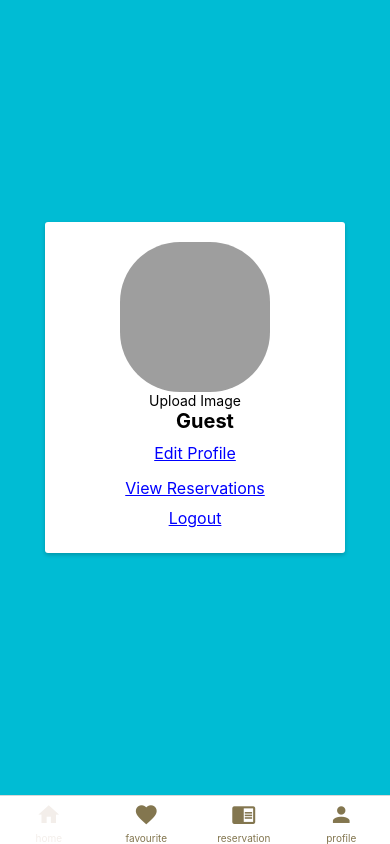
Repository: TemoshoS/restaurant-app
Screen: /profile
The author's editor kept a copy of each file at every save. The screen is drawn from the files as they stood at one save, then again after the next save.
Pictures or frames that could not be fetched are drawn as grey boxes. The page's requests for data from a server got no answer. The app was drawn by React Native's web renderer in a window 390 px wide. The project was rebuilt for these pictures with package versions that can differ from the ones it lists, and the page was loaded fresh each time. No one was signed in, and anything a server would have sent is missing. Also part of the build but not shown: Screens/LoginScreen.js, Screens/RegisterScreen.js, components/navbar.js, components/search.js, Screens/RestaurantScreen.js, Screens/RestaurantDetailsScreen.js, Screens/MenuScreen.js, Screens/ReservationScreen.js and 5 more.

Above is the screen before, as saved 2023-12-27 14:44:54.

### App.js
// Import necessary components and modules
import React, { useEffect, useState } from 'react';
import { StyleSheet } from 'react-native';
import { NavigationContainer } from '@react-navigation/native';
import { createStackNavigator } from '@react-navigation/stack';
import { createBottomTabNavigator } from '@react-navigation/bottom-tabs';
import LoginScreen from './Screens/LoginScreen';
import HomeScreen from './Screens/HomeScreen';
import RegisterScreen from './Screens/RegisterScreen';
import RestaurantScreen from './Screens/RestaurantScreen';
import RestaurantDetailsScreen from './Screens/RestaurantDetailsScreen';
import MenuScreen from './Screens/MenuScreen';
import ReservationScreen from './Screens/ReservationScreen';
import PastReserevationScreen from './Screens/PastReserevationScreen';
import ProfileScreen from './Screens/ProfileScreen';
import store from './store/store';
import { Provider } from 'react-redux';
import MaterialCommunityIcons from 'react-native-vector-icons/MaterialCommunityIcons';
import FavoriteRestaurantScreen from './Screens/FavoriteRestaurantScreen';
import ForgotPasswordScreen from './Screens/ForgotPasswordScreen'
import Dashboard from './Screens/Dashboard';
import EditProfileScreen from './Screens/editProfileScreen';
import { auth } from './config/firebase';

const Stack = createStackNavigator();
const Tab = createBottomTabNavigator();

export default function App() {
  const [isAdmin, setIsAdmin] = useState(false);

  useEffect(() => {
    const checkAdminStatus = async () => {
      const user = auth.currentUser;
      const isAdminUser = user ? user.email === 'temosho@admin.co' : false;
      setIsAdmin(isAdminUser);
      console.log('isAdmin:', isAdminUser);
    };

    checkAdminStatus();
  }, []);

  function MainStack() {
    return (
      <Stack.Navigator initialRouteName='Welcome'>
        <Stack.Screen name="Restaurants" component={RestaurantScreen} options={{ headerShown: false }} />
        <Stack.Screen name='Welcome' component={HomeScreen} options={{ headerShown: false }} />
        <Stack.Screen name='editProfile' component={EditProfileScreen} options={{ headerShown: true }} />
        <Stack.Screen name='Login' component={LoginScreen} options={{ headerShown: false }} />
        <Stack.Screen name='Register' component={RegisterScreen} options={{ headerShown: false }} />
        <Stack.Screen name='Restaurant info' component={RestaurantDetailsScreen} options={{
          headerShown: true,
          headerStyle: {
            backgroundColor: '#83764F',
          },
          headerTitle: '',
          headerTitleStyle: {
            color: '#F3EEEA',
            fontWeight: 'bold',
            fontSize: 18,
          },
          headerTintColor: '#F3EEEA',
          headerBackTitleVisible: false,
          headerBackImage: () => (
            <MaterialCommunityIcons name="arrow-left" size={24} color="#F3EEEA" />
          ),
        }}  />
        <Stack.Screen name='Menu' component={MenuScreen} options={{
          headerShown: true,
          headerStyle: {
            backgroundColor: '#83764F',
          },
          headerTitle: '',
          headerTitleStyle: {
            color: '#F3EEEA',
            fontWeight: 'bold',
            fontSize: 18,
          },
          headerTintColor: '#F3EEEA',
          headerBackTitleVisible: false,
          headerBackImage: () => (
            <MaterialCommunityIcons name="arrow-left" size={24} color="#F3EEEA" />
          ),
        }} />
        {!isAdmin && (
          <Stack.Screen name='ReservationScreen' component={ReservationScreen} options={{
            headerShown: true,
            headerStyle: {
              backgroundColor: '#83764F',
            },
            headerTitle: '',
            headerTitleStyle: {
              color: '#F3EEEA',
              fontWeight: 'bold',
              fontSize: 18,
            },
            headerTintColor: '#F3EEEA',
            headerBackTitleVisible: false,
            headerBackImage: () => (
              <MaterialCommunityIcons name="arrow-left" size={24} color="#F3EEEA" />
            ),
          }}/>
        )}
        <Stack.Screen name='profile' component={ProfileScreen} options={{ headerShown: false }} />
        <Stack.Screen name='dashboard' component={Dashboard} options={{ headerShown: false }} />
        <Stack.Screen name='ForgotPasswordScreen' component={ForgotPasswordScreen} options={{ headerShown: false }} />
      </Stack.Navigator>
    );
  }

  function TabNavigator() {


    return (
      <Tab.Navigator
        tabBarOptions={{
          activeTintColor: '#F3EEEA',
          inactiveTintColor: '#83764F',
        }}
      >
        <Tab.Screen
          name="home"
          component={MainStack}
          options={{
            headerShown: false,
            tabBarIcon: ({ color, size }) => (
              <MaterialCommunityIcons name="home" color={color} size={size} />
            ),
          }}
        />
        {!isAdmin && (
          <Tab.Screen
            name="favourite"
            component={FavoriteRestaurantScreen}
            options={{
              headerShown: false,
              tabBarIcon: ({ color, size }) => (
                <MaterialCommunityIcons name="heart" color={color} size={size} />
              ),
            }}
          />
        )}
        {!isAdmin && (
          <Tab.Screen
            name="reservation"
            component={PastReserevationScreen}
            options={{
              headerShown: false,
              tabBarIcon: ({ color, size }) => (
                <MaterialCommunityIcons name="book-open" color={color} size={size} />
              ),
            }}
          />
        )}
        <Tab.Screen
          name="profile"
          component={ProfileScreen}
          options={{
            headerShown: false,
            tabBarIcon: ({ color, size }) => (
              <MaterialCommunityIcons name="account" color={color} size={size} />
            ),
          }}
        />
      </Tab.Navigator>
    );
  }

  return (
    <Provider store={store}>
      <NavigationContainer>
        <TabNavigator />
      </NavigationContainer>
    </Provider>
  );
}

const styles = StyleSheet.create({
  container: {
    flex: 1,
    backgroundColor: 'black',
    alignItems: 'center',
    justifyContent: 'center',
  },
});

### Screens/HomeScreen.js
import { StyleSheet, Text, View, Image, TouchableOpacity } from 'react-native'
import { useState, useEffect } from 'react';
import { FontAwesome } from '@expo/vector-icons';
import { getAuth, onAuthStateChanged } from 'firebase/auth';
import { useNavigation } from '@react-navigation/native';
import { auth } from '../config/firebase';

const HomeScreen = () => {
    const [user, setUser] = useState(null);
    const navigation = useNavigation();

    useEffect(() => {
        const auth = getAuth();


        const unsubscribe = onAuthStateChanged(auth, (authUser) => {
          if (authUser) {
            setUser(authUser);
          } else {
            setUser(null);
          }
        });

        return () => unsubscribe();
      }, []);




  return (
      <View style={styles.container}>

          <View >
              <FontAwesome style={styles.circle} name="circle" size={140} color="#D9D9D9" />
          </View>

          <Image
              source={require('../assets/cartoon-1299636_1920.png')}
              style={{ width: 200, height: 265.56 }}
          />


          <Text style={styles.welcomeTxt}>Welcome!</Text>
          <Text style={styles.dineTxt}>Dine with your friends</Text>


          <View>
              <TouchableOpacity
                  style={styles.getButton}
                  onPress={() => {
                      if (user) {
                          navigation.navigate('Restaurants')
                      } else {
                          navigation.navigate('Login')
                      }
                  }}
              >
                  <Text style={styles.getTxt}>Get started</Text>

              </TouchableOpacity>
          </View>

      </View>
  )
}

export default HomeScreen

const styles = StyleSheet.create({
    container:{
        flex:1,

        height: 932,
        justifyContent: 'center',
        alignItems:'center',
        backgroundColor: '#83764F',
    },
    circle:{
        marginLeft: 370,
        marginTop: -160,

    },
    welcomeTxt:{
        fontSize: 64,
        fontFamily: 'italiana',
        marginTop: 100,
        color: '#ccc',

    },
    dineTxt:{
        fontSize: 20,
        fontFamily: 'Nothing You Could Do',
        marginBottom: 150,
        color: '#ccc',

    },
    getButton:{
        alignItems: 'center',
        justifyContent: 'center',
        backgroundColor: '#ccc',
        width: 304,
        height: 78,
        borderRadius: 30
    },
    getTxt:{
        color: '#83764F',
        fontSize: 24,
        fontWeight:'bold'
    }
})

### Screens/ProfileScreen.js
import React, { useState, useEffect } from 'react';
import { View, Text, TouchableOpacity, StyleSheet, Image } from 'react-native';
import { getAuth, onAuthStateChanged, signOut } from 'firebase/auth';
import { useNavigation } from '@react-navigation/native';
import * as ImagePicker from 'expo-image-picker';



const ProfileScreen = () => {
  const [currentUser, setCurrentUser] = useState(null);
  const [loading, setLoading] = useState(false);
  const navigation = useNavigation();
  const auth = getAuth();
  const user = auth.currentUser;
  const userId = user ? user.uid : null;
  const isAdmin = user ? user.email === 'temosho@admin.co' : false;
  const [image, setImage] = useState(null);
  useEffect(() => {
    const unsubscribe = onAuthStateChanged(auth, (user) => {
      if (user) {
        setCurrentUser(user.displayName);
      } else {
        setCurrentUser(null);
      }
    });

    return () => unsubscribe();
  }, []);

  const onLogout = () => {
    setLoading(true);

    signOut(auth)
      .then(() => {
        setLoading(false);
        navigation.navigate('Welcome');
      })
      .catch((error) => {
        setLoading(false);
        console.error('Logout error:', error);
      });
  };

  const navigateToPastReservations = () => {
    navigation.navigate('reservation');
  };

  const navigateToEditProfile = () => {
    navigation.navigate('editProfile');
  }

  const adminOrders = () => {
    navigation.navigate('dashboard');
  };

  const pickImage = async () => {
    try {
      let result = await ImagePicker.launchImageLibraryAsync({
        mediaTypes: ImagePicker.MediaTypeOptions.Images,
        allowsEditing: true,
        aspect: [4, 3],
        quality: 1,
      });

      if (!result.cancelled) {
        setImage(result.uri);


        const contentType = "image/jpeg";

        const response = await fetch(result.uri);
        const blob = await response.blob();


        const imageRef = ref(storage, `restaurantImages/${newMenuItem.menuName}`);
        await uploadBytes(imageRef, blob, { contentType });
      }
    } catch (error) {
      console.error('Error picking image:', error);
    }
  };

  return (
    <View style={styles.container}>
      <View style={styles.card}>
      {image ? (
          <Image
            source={{ uri: image }}
            style={styles.profileImage}
          />
        ) : (
          <Image
          source={{ uri: 'https://bootdey.com/img/Content/avatar/avatar6.png' }}
            style={styles.profileImage}
          />
        )}
        <TouchableOpacity style={styles.modalButton} onPress={pickImage}>
              <Text style={styles.modalButtonText}>Upload Image</Text>
            </TouchableOpacity>
        <View style={styles.profileInfo}>
          <Text style={styles.profileName}>{currentUser ? currentUser : 'Guest'}</Text>
          {user && <Text style={styles.profileEmail}>Email: {user.email}</Text>}
        </View>

        <TouchableOpacity onPress={navigateToEditProfile}>
          <Text style={styles.editProfileButton}>Edit Profile</Text>
        </TouchableOpacity>

        {loading && <ActivityIndicator size="small" color="#0000ff" />}

        {isAdmin ? (
          <TouchableOpacity onPress={adminOrders}>
            <Text style={styles.logoutText}>Dashboard</Text>
          </TouchableOpacity>
        ) : (
          <TouchableOpacity onPress={navigateToPastReservations}>
            <Text style={styles.logoutText}>View Reservations</Text>
          </TouchableOpacity>
        )}
        <TouchableOpacity onPress={onLogout} disabled={loading}>
          <Text style={styles.logoutText}>Logout</Text>
        </TouchableOpacity>
      </View>
    </View>
  );
};

const styles = StyleSheet.create({
  container: {
    flex: 1,
    alignItems: 'center',
    justifyContent: 'center',
    backgroundColor: '#00bcd4',
  },
  card: {
    width: 300,
    padding: 20,
    borderRadius: 3,
    backgroundColor: 'white',
    shadowColor: 'black',
    shadowOffset: { width: 0, height: 2 },
    shadowOpacity: 0.2,
    shadowRadius: 4,
    elevation: 3,
    marginBottom: 20,
    alignItems: 'center',
    justifyContent: 'center',
  },
  profileImage: {
    width: 150,
    height: 150,
    borderRadius: 60,
  },
  profileInfo: {
    marginLeft: 20,
  },
  profileName: {
    fontSize: 20,
    fontWeight: 'bold',
  },
  profileEmail: {
    fontSize: 16,
  },
  profileBio: {
    fontSize: 14,
    color: '#5A5A5A',
    marginTop: 5,
  },
  editProfileButton: {
    color: 'blue',
    fontSize: 16,
    textDecorationLine: 'underline',
    marginVertical: 10,
  },
  badgesCard: {
    flexDirection: 'row',
    padding: 10,
    borderRadius: 3,
    backgroundColor: '#00bcd4',
    color: '#fff',
    width: 280,
    shadowColor: 'black',
    shadowOffset: { width: 0, height: 2 },
    shadowOpacity: 0.2,
    shadowRadius: 4,
    elevation: 3,
    position: 'absolute',
    bottom: 10,
  },
  badgeIcon: {
    fontSize: 16,
    margin: 0,
    opacity: 0.6,
    marginRight: 6,
  },
  logoutText: {
    color: 'blue',
    fontSize: 16,
    textDecorationLine: 'underline',
    marginVertical: 5,
  },
});

export default ProfileScreen;

### store/store.js
import { createStore, applyMiddleware, combineReducers } from 'redux';
import thunk from 'redux-thunk';
import restaurantsReducer from '../reducers/restaurantsReducer';
import reserveReducer from '../reducers/reserveReducer';
import authReducer from '../reducers/authReducer';
import favoriteRestaurantsReducer from '../reducers/favoriteRestaurantsReducer';


const rootReducer = combineReducers({
  restaurants: restaurantsReducer,
  reservation: reserveReducer,
  auth: authReducer,
  favoriteRestaurants: favoriteRestaurantsReducer,

});

const store = createStore(rootReducer, applyMiddleware(thunk));

export default store;

### config/firebase.js
// Import the functions you need from the SDKs you need
import { initializeApp } from "firebase/app";
import { getAnalytics } from "firebase/analytics";

import {getAuth} from 'firebase/auth';
import {getFirestore} from 'firebase/firestore'
// TODO: Add SDKs for Firebase products that you want to use
// https://firebase.google.com/docs/web/setup#available-libraries

// Your web app's Firebase configuration
// For Firebase JS SDK v7.20.0 and later, measurementId is optional
const firebaseConfig = {
  apiKey: "AIzaSyDa4_cUmrR60k82VypxJ_US-F7FEiItCL4",
  authDomain: "restaurant-app-da7bc.firebaseapp.com",
  projectId: "restaurant-app-da7bc",
  storageBucket: "restaurant-app-da7bc.appspot.com",
  messagingSenderId: "598136487640",
  appId: "1:598136487640:web:f77577fdc1710db8c1a1ad",
  measurementId: "G-6D4DHL06Z0"
};

// Initialize Firebase
const app = initializeApp(firebaseConfig);
const analytics = getAnalytics(app);

const auth = getAuth(app)
const db = getFirestore(app)
export {auth, db}

### actions/authActions.js
import { sendPasswordResetEmail } from 'firebase/auth';
import { auth } from '../config/firebase';
import { getAuth, onAuthStateChanged, signOut } from 'firebase/auth';
export const LOGIN_SUCCESS = 'LOGIN_SUCCESS';
export const REGISTER_SUCCESS = 'REGISTER_SUCCESS';
export const FORGOT_PASSWORD_REQUEST = 'FORGOT_PASSWORD_REQUEST';
export const FORGOT_PASSWORD_SUCCESS = 'FORGOT_PASSWORD_SUCCESS';
export const FORGOT_PASSWORD_FAILURE = 'FORGOT_PASSWORD_FAILURE';
export const LOGOUT = 'LOGOUT';

export const loginSuccess = (user) => ({
  type: LOGIN_SUCCESS,
  payload: user,
});

export const registerSuccess = (user) => ({
  type: REGISTER_SUCCESS,
  payload: user,
});

export const forgotPasswordRequest = () => ({
  type: FORGOT_PASSWORD_REQUEST,
});

export const forgotPasswordSuccess = () => ({
  type: FORGOT_PASSWORD_SUCCESS,
});

export const forgotPasswordFailure = (error) => ({
  type: FORGOT_PASSWORD_FAILURE,
  payload: error,
});

export const forgotPassword = (email) => {
  return async (dispatch) => {
    dispatch(forgotPasswordRequest());

    try {
      await sendPasswordResetEmail(auth, email);
      dispatch(forgotPasswordSuccess());
    } catch (error) {
      dispatch(forgotPasswordFailure(error));
    }
  };
};

export const logout = () => ({
  type: LOGOUT,
});

### actions/restaurant.js
import { db } from "../config/firebase";
import { collection ,getDocs} from "firebase/firestore";

export const FETCH_RESTAURANTS = 'FETCH_RESTAURANTS';

export const fetchRestaurants = () => {
  return async (dispatch) => {
    const restaurantsCollection = collection(db, 'restaurants');
    const snapshot = await getDocs(restaurantsCollection);
    const restaurants = [];
    snapshot.forEach((doc) => {
      restaurants.push(doc.data());
    });
    dispatch({ type: FETCH_RESTAURANTS, payload: restaurants });
  };
};

### actions/reserveAction.js
import { db } from "../config/firebase";
import { collection, addDoc, getDocs, query, where } from "firebase/firestore";

export const RESERVE_SUCCESS = "RESERVE_SUCCESS";
export const RESERVE_FAILURE = "RESERVE_FAILURE";
export const FETCH_ALL_RESERVATIONS = 'FETCH_ALL_RESERVATIONS';
export const FETCH_PAST_RESERVATIONS = 'ETCH_PAST_RESERVATIONS';


export const reserveTable = (reservationData) => {
  return async (dispatch) => {
    try {
      // Save the reservation data to Firestore
      const ordersCollection = collection(db, "Orders");
      const docRef = await addDoc(ordersCollection, reservationData);


      dispatch({ type: RESERVE_SUCCESS, payload: docRef });
    } catch (error) {

      dispatch({ type: RESERVE_FAILURE, payload: error.message });
    }
  };
};

export const fetchPastReservations = (userId) => {
  return async (dispatch) => {
    try {

      //query to fetch reservations based on the userId
      const reservationsCollection = collection(db, 'Orders');
      const userQuery = query(reservationsCollection, where('userId', '==', userId));

      const snapshot = await getDocs(userQuery);

      const pastReservations = [];
      snapshot.forEach((doc) => {
        pastReservations.push(doc.data());
      });


      dispatch({ type: FETCH_PAST_RESERVATIONS, payload: pastReservations });
    } catch (error) {
      // Handle errors
      console.error('Error fetching past reservations:', error);
    }
  };
}


export const fetchAllReservations = () => {
  return async (dispatch) => {
    try {
      // Query to fetch all reservations
      const reservationsCollection = collection(db, 'Orders');
      const snapshot = await getDocs(reservationsCollection);
      const allReservations = [];

      snapshot.forEach((doc) => {
        allReservations.push(doc.data());
      });

      dispatch({ type: FETCH_ALL_RESERVATIONS, payload: allReservations });
    } catch (error) {
      console.error('Error fetching all reservations:', error);
    }
  };
};

### reducers/restaurantsReducer.js
import { FETCH_RESTAURANTS } from "../actions/restaurant";


const initialState = {
    restaurants: [],
};

const restaurantsReducer = (state = initialState, action) =>{

    switch (action.type) {
        case FETCH_RESTAURANTS:
          return { ...state, restaurants: action.payload };
        default:
          return state;
      }


};

export default restaurantsReducer;

### reducers/reserveReducer.js
import { RESERVE_SUCCESS, RESERVE_FAILURE, FETCH_PAST_RESERVATIONS,FETCH_ALL_RESERVATIONS } from "../actions/reserveAction";

const initialState = {
  reservationSuccess: null,
  reservationError: null,
  pastReservations: [],
  allReservations: [],
  loading: false,
};

const reserveReducer = (state = initialState, action) => {
  switch (action.type) {
    case RESERVE_SUCCESS:
      return { ...state, reservationSuccess: action.payload, reservationError: null };
    case RESERVE_FAILURE:
      return { ...state, reservationSuccess: null, reservationError: action.payload };
    case FETCH_PAST_RESERVATIONS:
      return { ...state, pastReservations: action.payload };
      case FETCH_ALL_RESERVATIONS:
        return { ...state, allReservations: action.payload, loading: false };
    default:
      return state;
  }
};

export default reserveReducer;

### reducers/authReducer.js
import {
  LOGIN_SUCCESS,
  REGISTER_SUCCESS,
  LOGOUT ,
  FORGOT_PASSWORD_REQUEST,
  FORGOT_PASSWORD_SUCCESS,
  FORGOT_PASSWORD_FAILURE,} from '../actions/authActions';

const initialState = {
  user: null,
  isAuthenticated: false,
  forgotPasswordLoading: false,
  forgotPasswordSuccess: false,
  forgotPasswordError: null,

};

const authReducer = (state = initialState, action) => {
  switch (action.type) {
    case LOGIN_SUCCESS:
    case REGISTER_SUCCESS:
      return {
        ...state,
        user: action.payload,
        isAuthenticated: true,
      };
      case FORGOT_PASSWORD_REQUEST:
        return {
          ...state,
          forgotPasswordLoading: true,
          forgotPasswordSuccess: false,
          forgotPasswordError: null,
        };
      case FORGOT_PASSWORD_SUCCESS:
        return {
          ...state,
          forgotPasswordLoading: false,
          forgotPasswordSuccess: true,
          forgotPasswordError: null,
        };
      case FORGOT_PASSWORD_FAILURE:
      return {
        ...state,
        forgotPasswordLoading: false,
        forgotPasswordSuccess: false,
        forgotPasswordError: action.payload,
      };
    case LOGOUT:
      return {
        ...state,
        user: null,
        isAuthenticated: false,
      };
    default:
      return state;
  }
};

export default authReducer;

### reducers/favoriteRestaurantsReducer.js
import { FETCH_FAV_RESTAURANTS } from "../actions/favoriteRestaurantActions";


const initialState = {
    favRestaurants: [],
};

const favRestaurantsReducer = (state = initialState, action) =>{

    switch (action.type) {
        case FETCH_FAV_RESTAURANTS:
          return { ...state, favRestaurants: action.payload };
        default:
          return state;
      }


};

export default favRestaurantsReducer;

### actions/favoriteRestaurantActions.js
import { db } from "../config/firebase";
import { collection ,getDocs} from "firebase/firestore";

export const FETCH_FAV_RESTAURANTS = 'FETCH_FAV_RESTAURANTS';

export const fetchFavouriteRestaurants = () => {
  return async (dispatch) => {
    const restaurantsCollection = collection(db, 'favouriteRestaurants');
    const snapshot = await getDocs(restaurantsCollection);
    const favRestaurants = [];
    snapshot.forEach((doc) => {
      favRestaurants.push(doc.data());
    });
    dispatch({ type: FETCH_FAV_RESTAURANTS, payload: favRestaurants });
  };
};

After the next save:
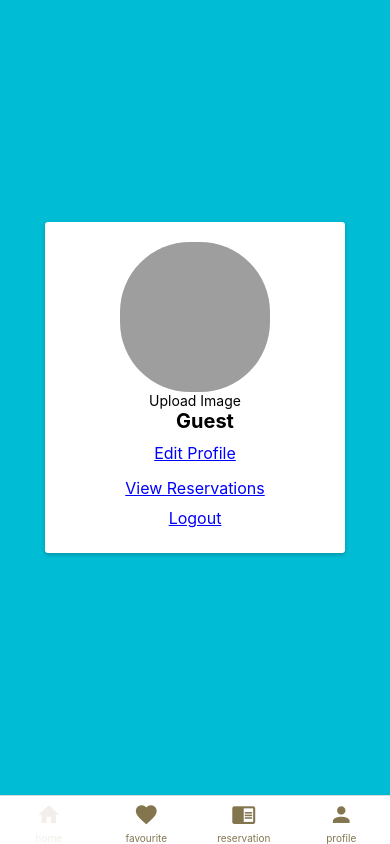
Saved 6 s later.
--- a/Screens/ProfileScreen.js
+++ b/Screens/ProfileScreen.js
@@ -149,7 +149,7 @@ const styles = StyleSheet.create({
   profileImage: {
     width: 150,
     height: 150,
-    borderRadius: 60,
+    borderRadius: 70,
   },
   profileInfo: {
     marginLeft: 20,
